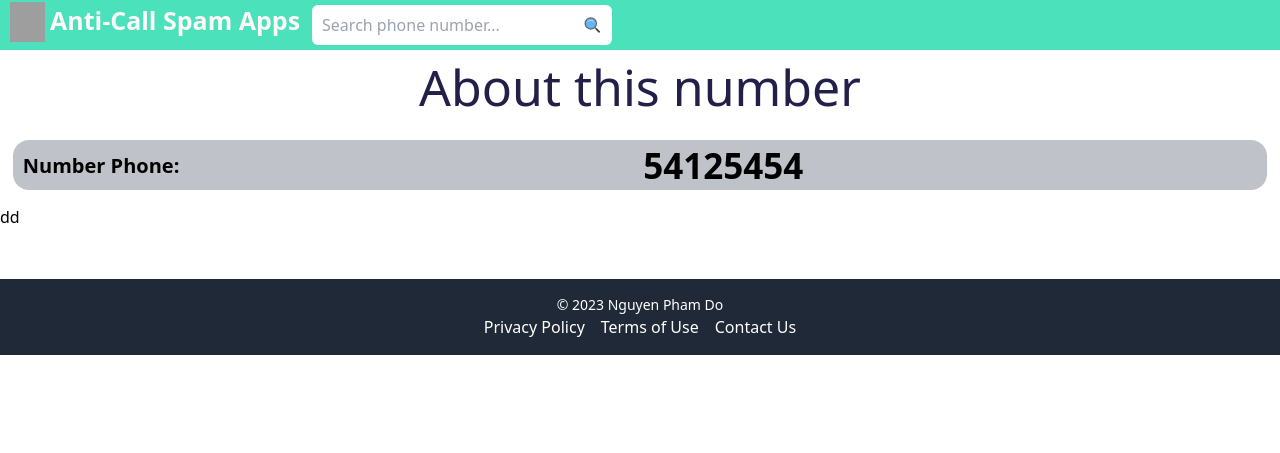
Repository: NPham1402/Web-user-callSpamBlocker
Page: /detail
The author's editor kept a copy of each file at every save. The page is drawn from the files as they stood at one save, then again after the next save.
The browser window is 1280 px wide. The pictures show the whole page.
Pictures or frames that could not be fetched are drawn as grey boxes. The page's requests for data from a server got no answer. The project was rebuilt for these pictures with package versions that can differ from the ones it lists, and the page was loaded fresh each time. The framework's server and built-in components were replaced by stand-ins that run in the browser. No one was signed in, and anything a server would have sent is missing. Also part of the build but not shown: next.config.js.

Above is the page before, as saved 2023-02-13 15:45:40.

After the next save:
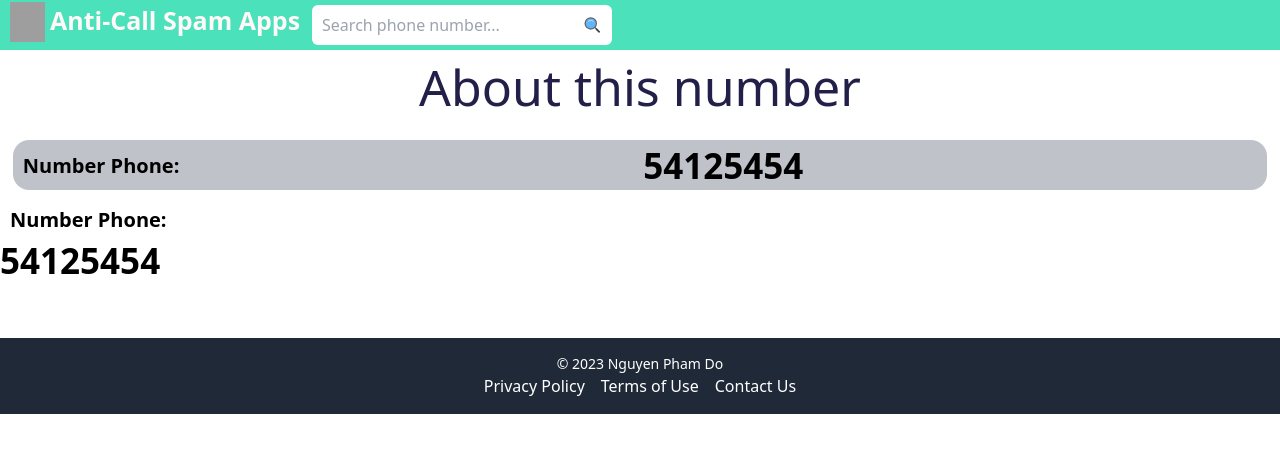
Saved 2 min 25 s later.
--- a/pages/components/miniCompoent.js
+++ b/pages/components/miniCompoent.js
@@ -1,5 +1,15 @@
 import React from "react";
 
 export default function MiniCompoent(props) {
-  return props.types == "line" ? <>dd</> : <></>;
+  return props.types == "line" ? (
+    <>
+      {" "}
+      <p className="text-[20px] font-semibold ml-[10px]  my-auto align-text-bottom">
+        Number Phone:
+      </p>
+      <p className="text-[35px] m-auto font-bold">54125454</p>
+    </>
+  ) : (
+    <></>
+  );
 }
